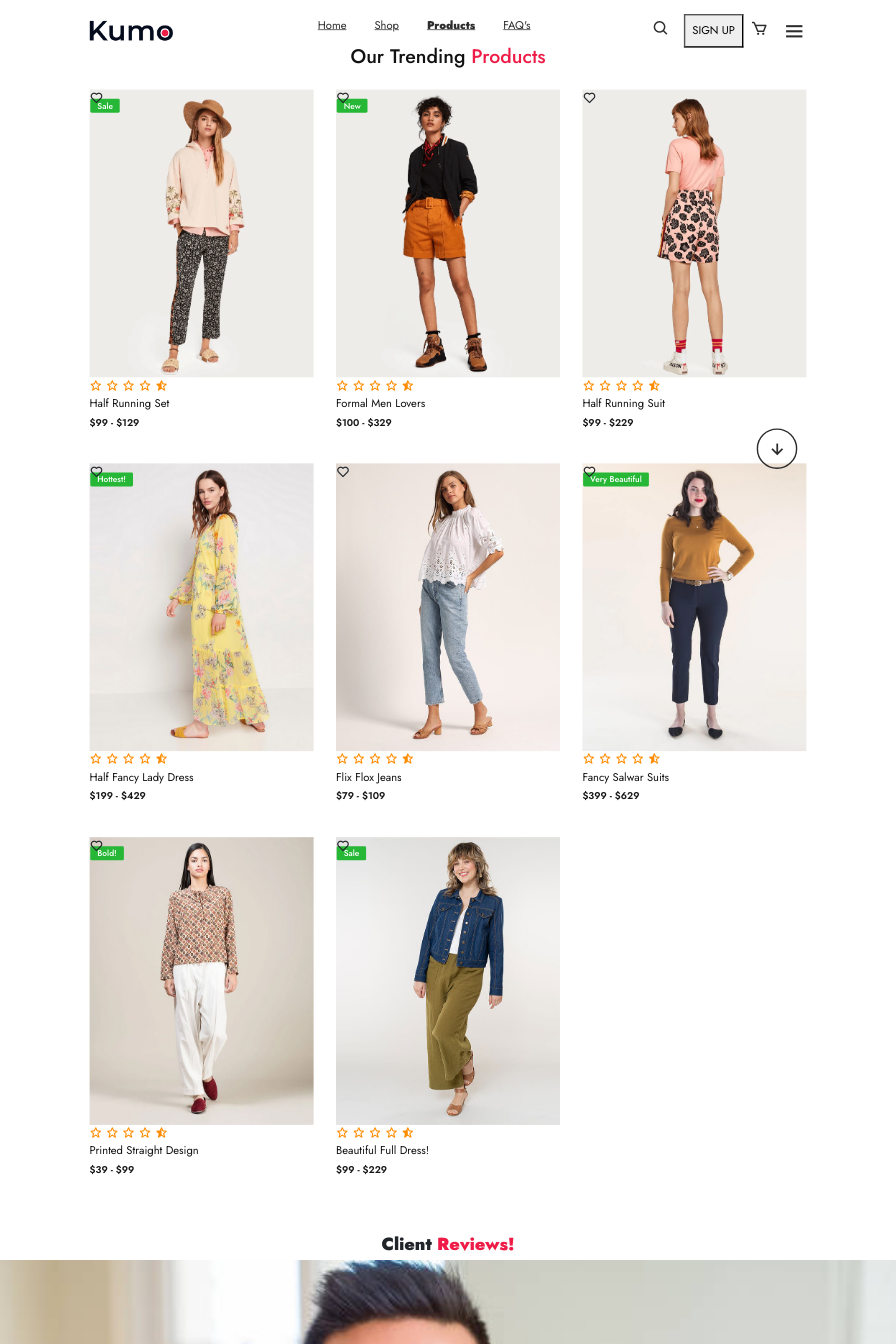
Repository: isaacCodes1/Kumo-Website.
Page: products.html
An editor plug-in stored every save of this project. The page is shown before and after a run of saves, followed by the edit.
The browser window is 1280 px wide. The pictures show the part of the page from y = 0 to 1920 px (the page is 4021 px tall), at 70% of full size.

Above is the page before, as saved 2024-03-26 11:13:18.

After the next 3 saves:
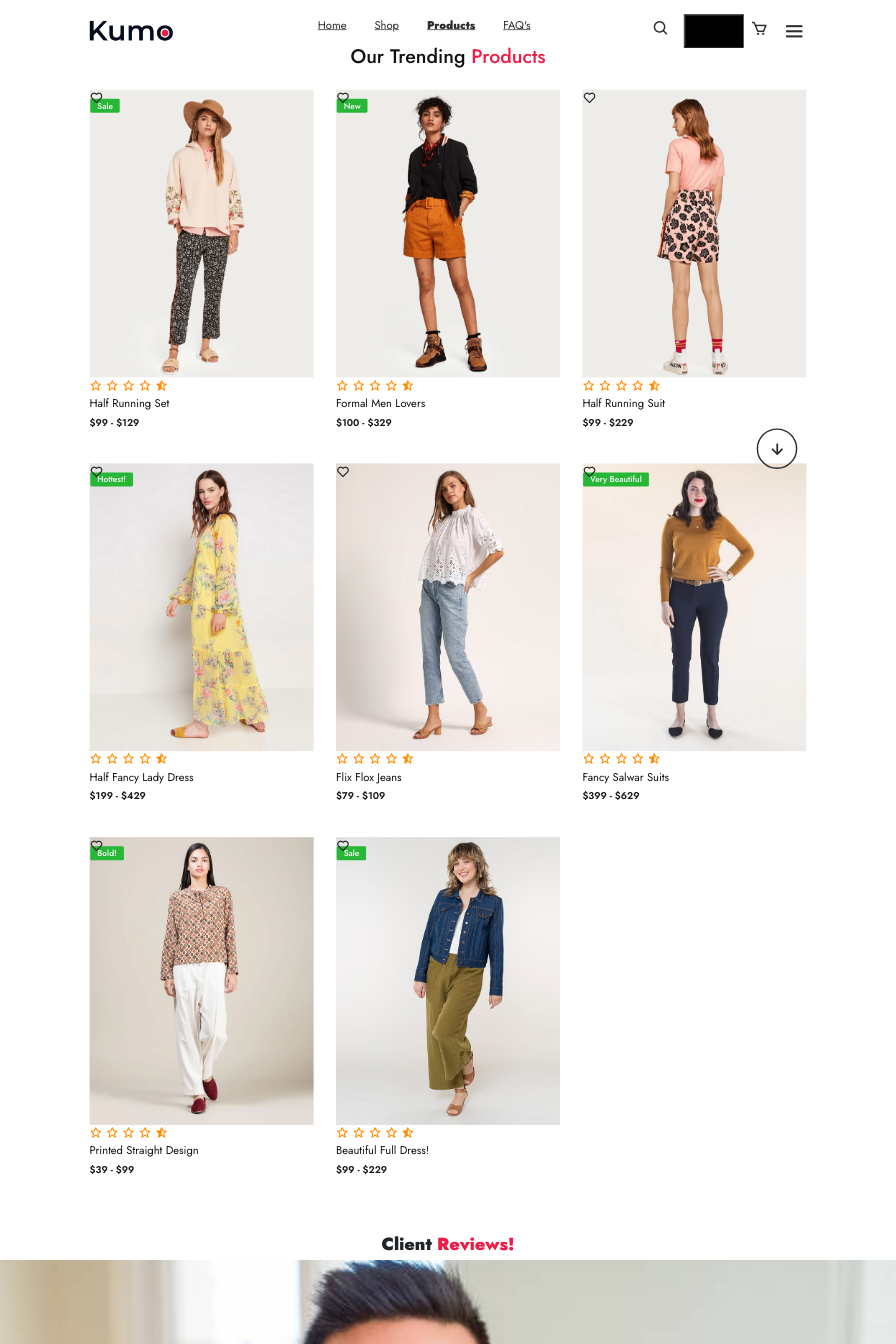
The 3 saves are shown as one change because they came seconds apart.
The last was saved 11 s later.
--- a/style.css
+++ b/style.css
@@ -440,4 +440,5 @@ swiper-slide img {
 .yes {
   margin-right: 10px;
   padding: 10px;
-}
+  background: #000;
+}
